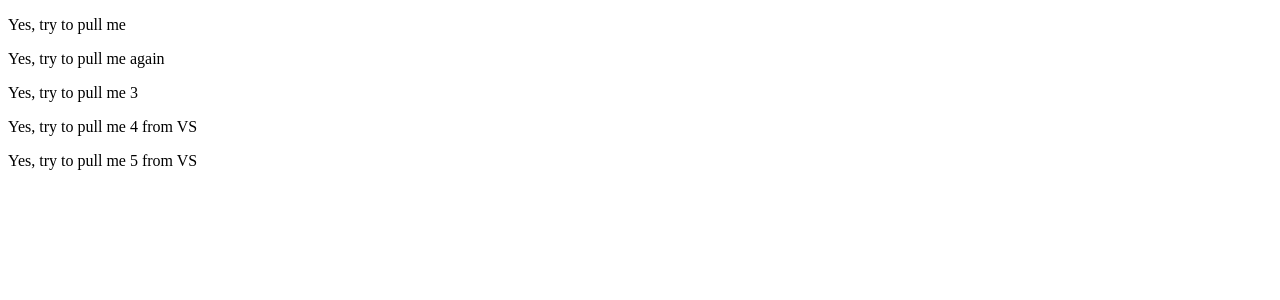
Repository: kerudai/julTest
Page: ignore.html
An editor plug-in stored every save of this project. The page is shown before and after the next save, followed by the edit.
The browser window is 1280 px wide. The pictures show the whole page.

Above is the page before, as saved 2020-07-27 22:11:28.

After the next save:
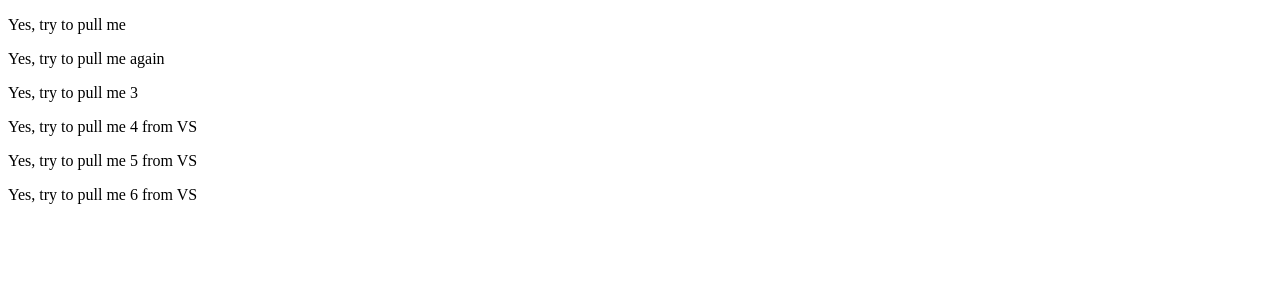
Saved 64 s later.
--- a/ignore.html
+++ b/ignore.html
@@ -11,5 +11,6 @@
     <p>Yes, try to pull me 3</p>
     <p>Yes, try to pull me 4 from VS</p>
     <p>Yes, try to pull me 5 from VS</p>
+    <p>Yes, try to pull me 6 from VS</p>
 </body>
 </html>
